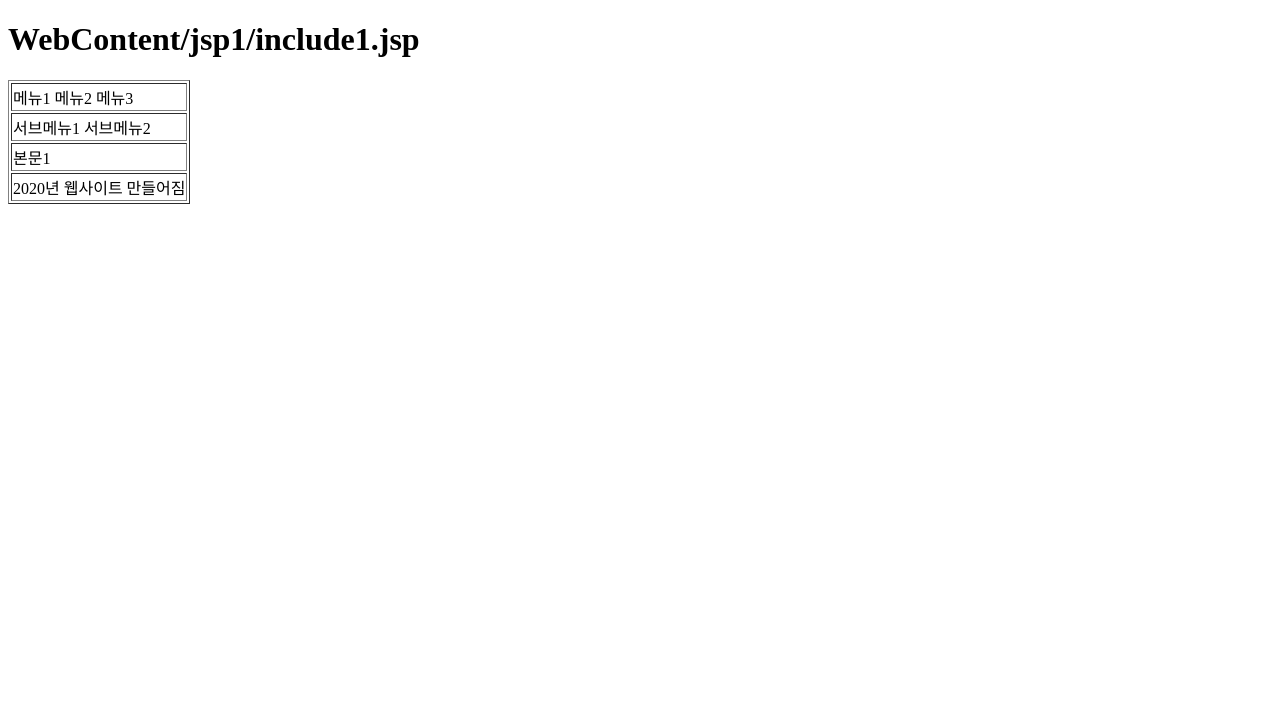
Repository: ReadStar/workspace_jsp
Page: http://localhost/StudyJSP/jsp1/include1.jsp
An editor plug-in stored every save of this project. The page is shown before and after the next save, followed by the edit.
The browser window is 1280 px wide. The pictures show the whole page.
The page is served by Tomcat 9. Other server files are loaded and not shown.

Above is the page before, as saved 2020-08-13 02:36:07.

### StudyJSP/WebContent/jsp1/include1.jsp
<%@ page language="java" contentType="text/html; charset=UTF-8"
    pageEncoding="UTF-8"%>
<!DOCTYPE html>
<html>
<head>
<meta charset="UTF-8">
<title>Insert title here</title>
</head>
<body>
<h1>WebContent/jsp1/include1.jsp</h1>
<table border="1">
<tr><td colspan="2"> 메뉴1 메뉴2 메뉴3</td></tr>
<tr><td>서브메뉴1 서브메뉴2</td></tr><td>본문1</td>
<tr><td colspan="2">2020년 웹사이트 만들어짐</td></tr>
</table>
</body>
</html>

After the next save:
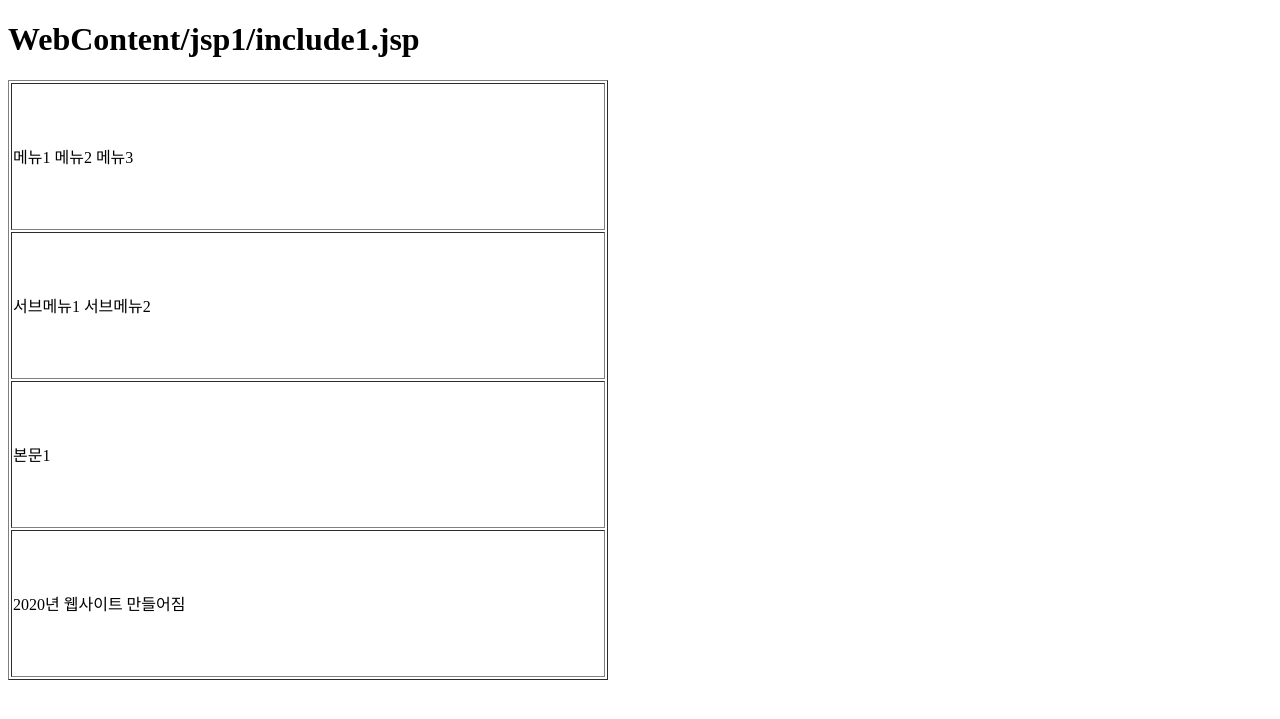
Saved 25 s later.
--- a/StudyJSP/WebContent/jsp1/include1.jsp
+++ b/StudyJSP/WebContent/jsp1/include1.jsp
@@ -8,7 +8,7 @@
 </head>
 <body>
 <h1>WebContent/jsp1/include1.jsp</h1>
-<table border="1">
+<table border="1" width="600" height="600">
 <tr><td colspan="2"> 메뉴1 메뉴2 메뉴3</td></tr>
 <tr><td>서브메뉴1 서브메뉴2</td></tr><td>본문1</td>
 <tr><td colspan="2">2020년 웹사이트 만들어짐</td></tr>
